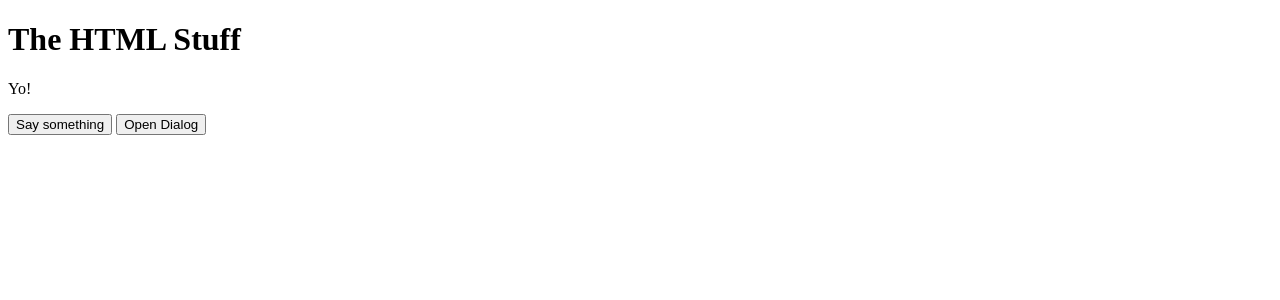
Repository: kenshiryu7/mdv-projects
Page: MDF3/project_4/Project4/assets/index.html
The author's editor kept a copy of each file at every save. The page is drawn from the files as they stood at one save, then again after the next save.
The browser window is 1280 px wide. The pictures show the whole page.

Above is the page before, as saved 2013-02-27 17:14:41.
Console error: SyntaxError: Unexpected token ':'

### MDF3/project_4/Project4/assets/index.html
<!DOCTYPE html>
<html>
	<head>
	<meta charset="UTF-8">
	<meta name="viewport" content="width=device-width; user-scalable=0;" />

	<title>The HTML Stuff</title>
	</head>

	<body>
	<h1>The HTML Stuff</h1>
	<p id="webtext">Yo!</p>

	<input type="button" value="Say something" onClick="showAndroidToast('Yo Chump!')"/>

	<input type="button" value="Open Dialog" onClick="openAndroidDialog()"/>

		<script language="javascript">

			function showAndroidToast(toast) {
				AndroidFunction.showToast(toast);
			}

			function openAndroidDialog() {
				AndroidFunction.openAndroidDialog():
			}

			function callFromActivity(message) {
				document.getElementById("mytext").innerHTML = message;
			}

		</script>
	</body>
</html>

After the next save:
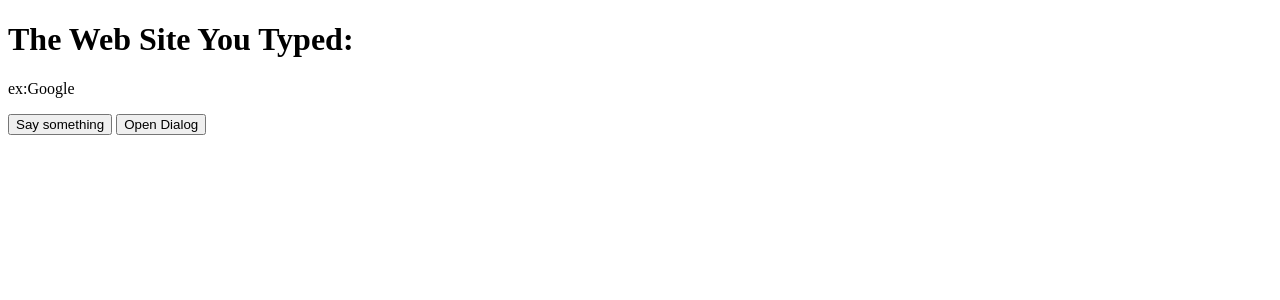
Saved 2 min 4 s later.
--- a/MDF3/project_4/Project4/assets/index.html
+++ b/MDF3/project_4/Project4/assets/index.html
@@ -8,8 +8,8 @@
 	</head>
 
 	<body>
-	<h1>The HTML Stuff</h1>
-	<p id="webtext">Yo!</p>
+	<h1>The Web Site You Typed:</h1>
+	<p id="webtext">ex:Google</p>
 
 	<input type="button" value="Say something" onClick="showAndroidToast('Yo Chump!')"/>
 
